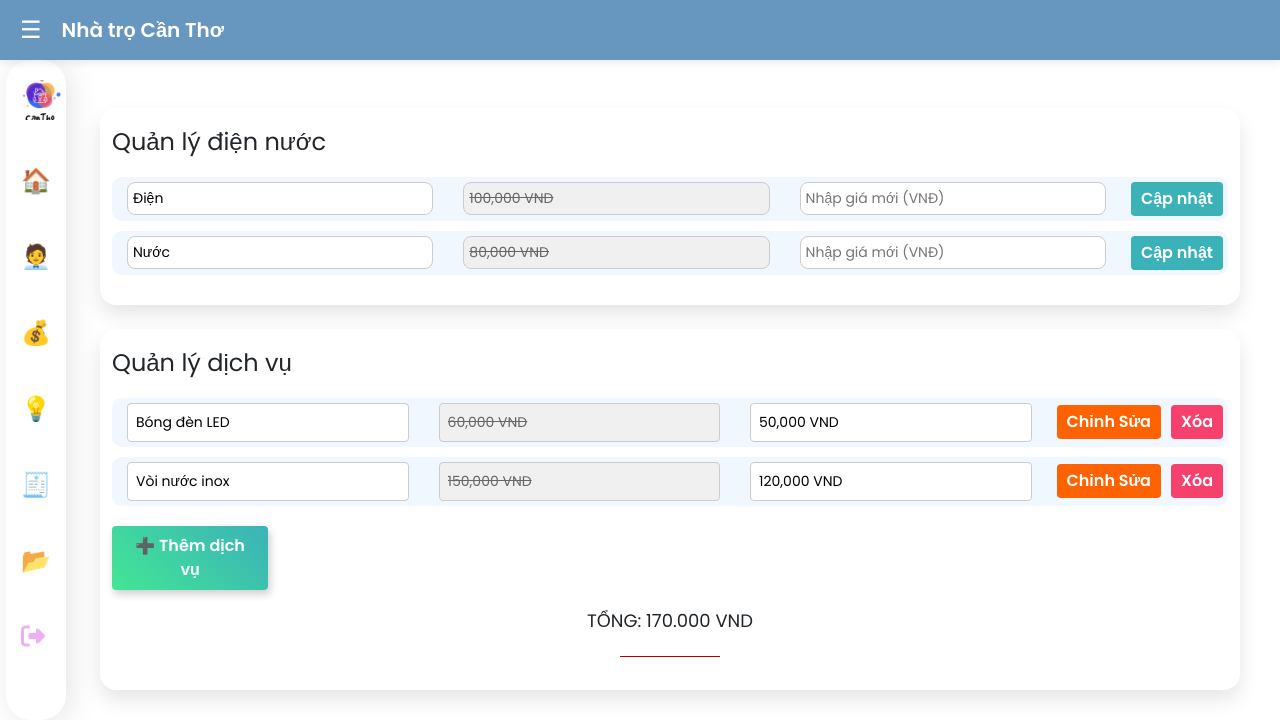
Repository: nhutty0402/DoAn02
Page: HTML/dichvu.html
An editor plug-in stored every save of this project. The page is shown before and after the next save, followed by the edit.
The browser window is 1280 px wide. The pictures show the whole page.

Above is the page before, as saved 2025-03-21 00:26:37.

After the next save:
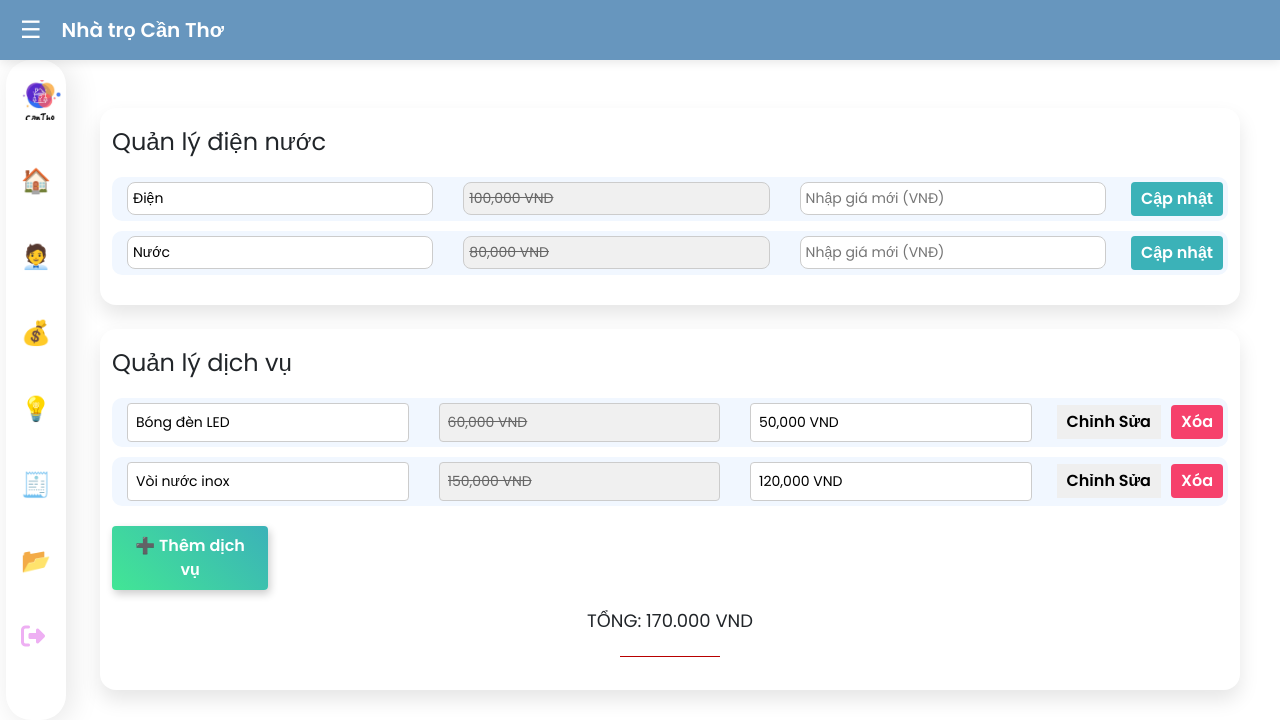
Saved 13 s later.
--- a/CSS/dichvu.css
+++ b/CSS/dichvu.css
@@ -518,46 +518,3 @@ input[readonly].old-price {
   font-size: 18px;
   margin-top: 20px;
 }
-
-
-.container {
-  max-width: 800px;
-  margin: 0 auto;
-  padding: 20px;
-}
-
-.cf-title-03 h3 {
-  font-size: 24px;
-  margin-bottom: 20px;
-}
-
-.service {
-  display: flex;
-  align-items: center;
-  gap: 10px;
-  margin-bottom: 10px;
-}
-
-.service input {
-  padding: 8px;
-  border: 1px solid #ccc;
-  border-radius: 4px;
-  width: 200px;
-}
-
-.btn-group {
-  display: flex;
-  gap: 5px;
-}
-
-.update-btn, .edit-btn, .delete-btn, .add-btn {
-  padding: 8px 15px;
-  border: none;
-  border-radius: 4px;
-  cursor: pointer;
-  color: white;
-}
-
-.edit-btn {
-  background-color: #ff6200; /* Màu cam cho nút "Chỉnh Sửa" */
-}
